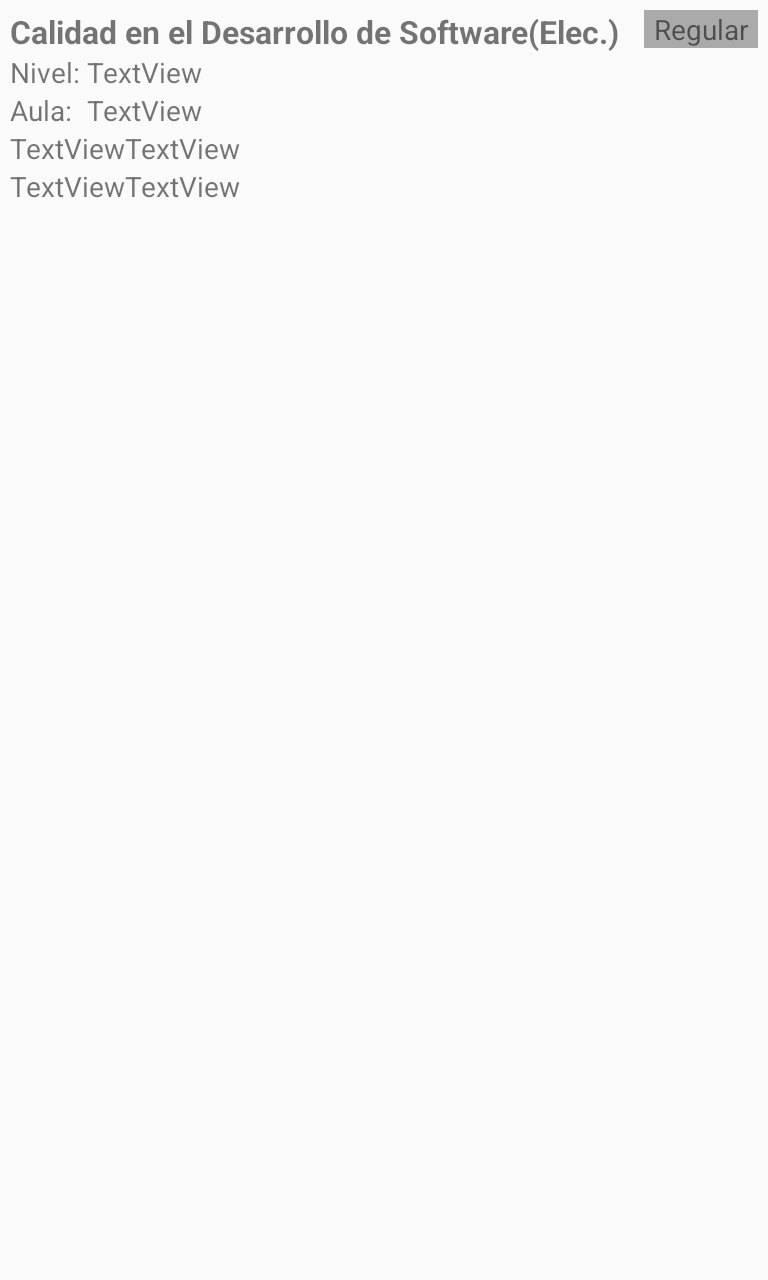
Repository: juanpablobono/Sysacadalumnos
Layout: Sysacad/res/layout/lst_cursado_item.xml
The author's editor kept a copy of each file at every save. The layout is drawn from the files as they stood at one save, then again after the next save.
It is drawn on a 768 x 1280 px phone screen (xhdpi) without system bars, with theme temaSysacad; the app's code is not run.

Above is the layout before, as saved 2014-07-07 12:47:46.

### Sysacad/res/layout/lst_cursado_item.xml
<?xml version="1.0" encoding="utf-8"?>
<RelativeLayout xmlns:android="http://schemas.android.com/apk/res/android"
    android:layout_width="match_parent"
    android:layout_height="match_parent"
    android:padding="5dp">

    <TextView
        android:id="@+id/lblNombreMateria"
        android:layout_width="wrap_content"
        android:layout_height="wrap_content"
        android:layout_alignParentLeft="true"
        android:layout_alignParentTop="true"
        android:text="Calidad en el Desarrollo de Software(Elec.)"
        android:layout_toLeftOf="@+id/lblCondicion"
        android:layout_marginRight="5dp"
        android:textSize="16sp"
        android:textStyle="bold"
        android:maxLines="1"/>

    <TextView
        android:id="@+id/lblCondicion"
        android:layout_width="wrap_content"
        android:layout_height="wrap_content"
        android:layout_alignParentRight="true"
        android:layout_alignParentTop="true"
        android:background="@android:color/darker_gray"
        android:text="Regular"
        android:paddingLeft="5dp"
        android:paddingRight="5dp"/>

    <TextView
        android:id="@+id/lblForNivel"
        android:layout_width="wrap_content"
        android:layout_height="wrap_content"
        android:layout_alignParentLeft="true"
        android:layout_below="@+id/lblNombreMateria"
        android:text="Nivel: " />

    <TextView
        android:id="@+id/lblForAula"
        android:layout_width="wrap_content"
        android:layout_height="wrap_content"
        android:layout_alignParentLeft="true"
        android:layout_below="@+id/lblForNivel"
        android:text="Aula: " />

    <TextView
        android:id="@+id/lblNivel"
        android:layout_width="wrap_content"
        android:layout_height="wrap_content"
        android:layout_alignBaseline="@+id/lblForNivel"
        android:layout_alignBottom="@+id/lblForNivel"
        android:layout_toRightOf="@+id/lblForNivel"
        android:text="TextView" />

    <TextView
        android:id="@+id/lblAula"
        android:layout_width="wrap_content"
        android:layout_height="wrap_content"
        android:layout_alignBaseline="@+id/lblForAula"
        android:layout_alignBottom="@+id/lblForAula"
        android:layout_alignLeft="@+id/lblNivel"
        android:text="TextView" />

    <TextView
        android:id="@+id/lblForHorarios"
        android:layout_width="wrap_content"
        android:layout_height="wrap_content"
        android:layout_alignParentLeft="true"
        android:layout_below="@+id/lblForAula"
        android:text="TextView" />

    <TextView
        android:id="@+id/lblForParciales"
        android:layout_width="wrap_content"
        android:layout_height="wrap_content"
        android:layout_alignParentLeft="true"
        android:layout_below="@+id/lblForHorarios"
        android:text="TextView" />

    <TextView
        android:id="@+id/lblHorarios"
        android:layout_width="wrap_content"
        android:layout_height="wrap_content"
        android:layout_alignBaseline="@+id/lblForHorarios"
        android:layout_alignBottom="@+id/lblForHorarios"
        android:layout_toRightOf="@+id/lblForHorarios"
        android:text="TextView" />

    <TextView
        android:id="@+id/lblParciales"
        android:layout_width="wrap_content"
        android:layout_height="wrap_content"
        android:layout_alignBaseline="@+id/lblForParciales"
        android:layout_alignBottom="@+id/lblForParciales"
        android:layout_alignLeft="@+id/lblHorarios"
        android:text="TextView" />

</RelativeLayout>

### Sysacad/res/values/styles.xml
<resources xmlns:android="http://schemas.android.com/apk/res/android">

    <!--
        Base application theme, dependent on API level. This theme is replaced
        by AppBaseTheme from res/values-vXX/styles.xml on newer devices.

         <item name="android:background">@color/background_activities</item>
    -->

    <!-- the theme applied to the application or activity -->

    <style name="temaSysacad" parent="@style/Theme.AppCompat.Light.DarkActionBar">

    </style>

</resources>

After the next save:
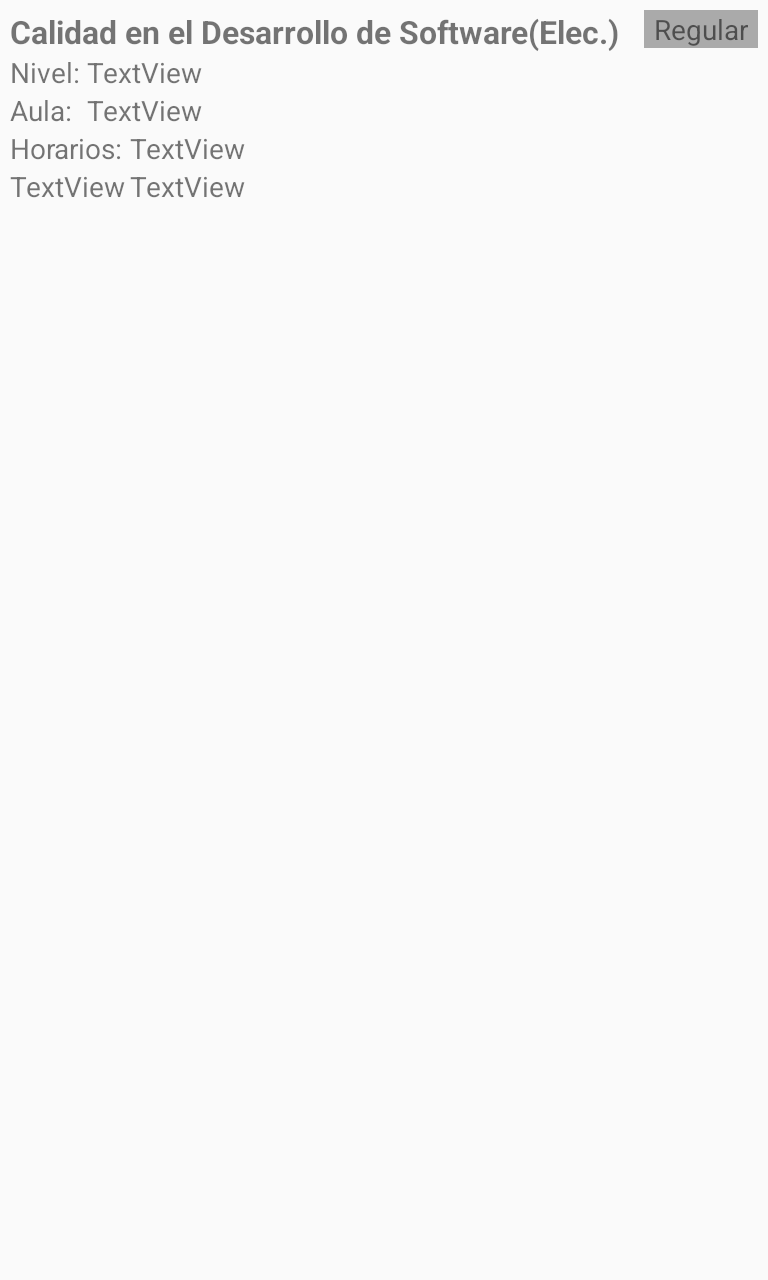
Saved 10 s later.
--- a/Sysacad/res/layout/lst_cursado_item.xml
+++ b/Sysacad/res/layout/lst_cursado_item.xml
@@ -68,7 +68,7 @@
         android:layout_height="wrap_content"
         android:layout_alignParentLeft="true"
         android:layout_below="@+id/lblForAula"
-        android:text="TextView" />
+        android:text="Horarios: " />
 
     <TextView
         android:id="@+id/lblForParciales"
